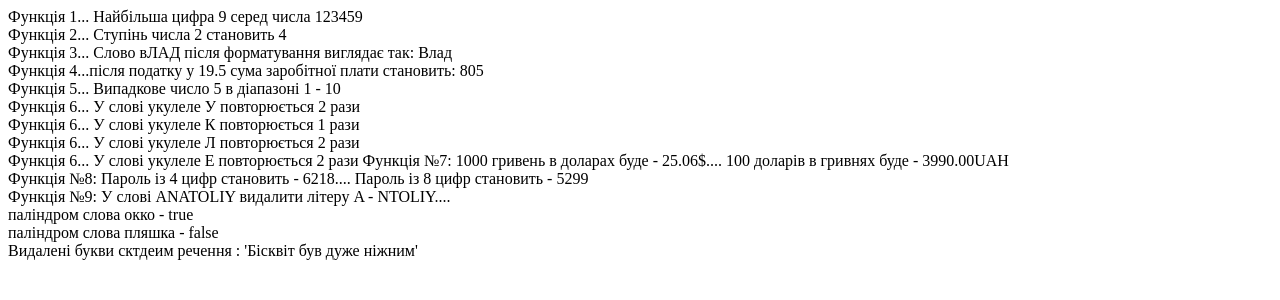
Repository: batonAnton/cursor_js_hw_3
Page: index.html
An editor plug-in stored every save of this project. The page is shown before and after the next save, followed by the edit.
The browser window is 1280 px wide. The pictures show the whole page.

Above is the page before, as saved 2022-09-07 17:12:33.

After the next save:
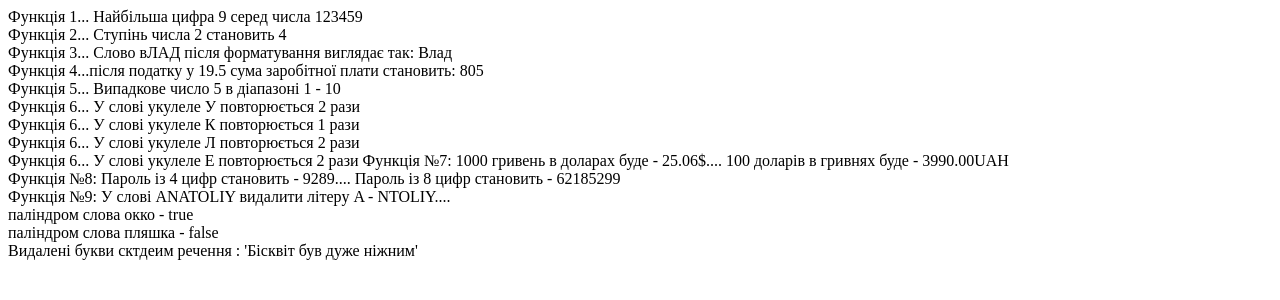
Saved 5 min 57 s later.
--- a/js/index.js
+++ b/js/index.js
@@ -126,9 +126,8 @@ document.writeln(`100 доларів в гривнях  буде - ${convertCurr
 
   let result = '';
 
-      for(let i = 0; i <=3; i++){
-        result +=(Math.random() * 10).toFixed(0);
-        debugger;
+      for(let i = 0; i < arg; i++){
+        result +=(Math.random() * 10).toFixed();
       }
       return result;
 
@@ -141,7 +140,7 @@ document.writeln(`100 доларів в гривнях  буде - ${convertCurr
 
 
  }
- const arg = 4;
+  const arg = 4;
   const arg2 = 8;
  console.log(getRandomPassword());
  document.writeln(`<br> Функція №8: Пароль із  4 цифр становить - ${getRandomPassword(arg)}....`);
